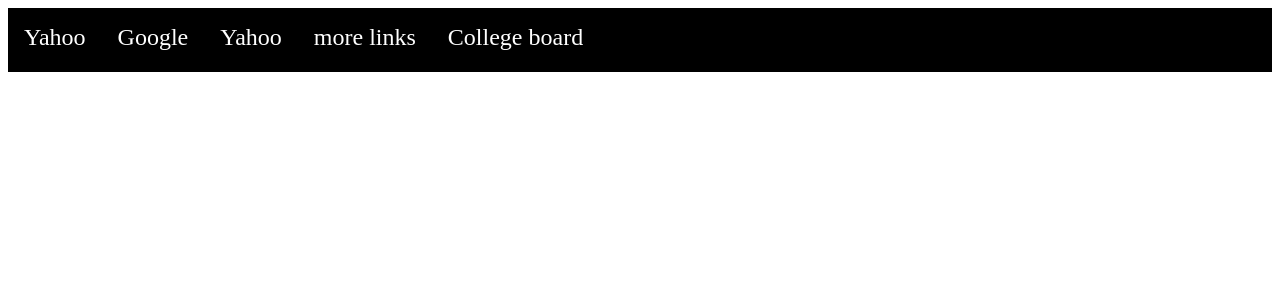
Repository: JamesConner15/JamesConner15.github.io
Page: index.html
The author's editor kept a record of every edit. The page is drawn from the files as they stood at one moment, then again after the next edit.
The browser window is 1280 px wide. The pictures show the whole page.

Above is the page before.

### index.html
<!DOCTYPE html>
<html>
<head>
<title>Page Title</title>
<style>
    .navbar{
      background-color:black;

      width:100%;
   height:64px;
    }

   .navbar a,.morelinks{
    color:white;
    font-size:24px;
    text-decoration:none;
    padding:16px;
    float:left;
    }

    .navbar a:hover,.morelinks:hover{
        background-color:blue;
    }
    .morelinks:hover .dropdown-content{
        display:block;
    }

    .dropdown-content{
    position:absolute;
    z-index:1;
    display:none;
    }

</style>
</head>
<body>

<div class="navbar">
    <a href="https://www.yahoo.com">Yahoo</a>
        <a href="https://www.google.com">Google</a>
        <a href="https://www.yahoo.com">Yahoo</a>
            <div class="dropdown">
            <div class="morelinks">more links</div>
            <div class="dropdown-content">
        <a href="https://wwww.awseducate.com">Aws educate</a>
</div>
        <a href="https://wwww.collegeboard.org">College board</a>
</div>
</body>
</html>
</div>

After the next edit:
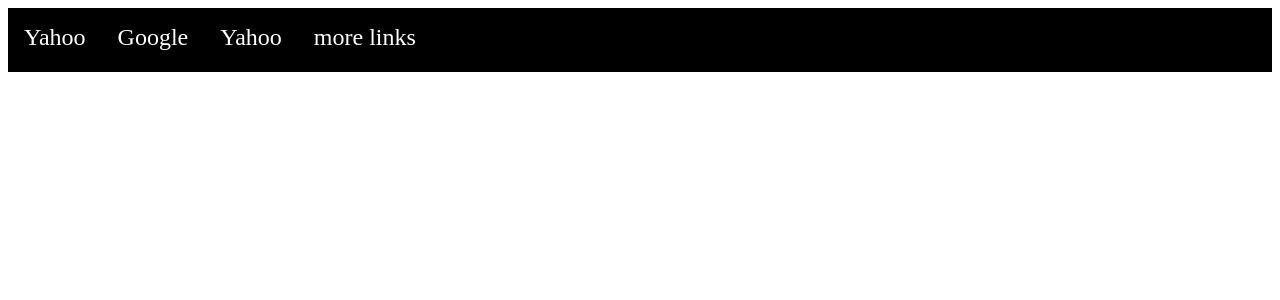
The edit:
--- a/index.html
+++ b/index.html
@@ -43,8 +43,8 @@
             <div class="morelinks">more links</div>
             <div class="dropdown-content">
         <a href="https://wwww.awseducate.com">Aws educate</a>
+        <a href="https://wwww.collegeboard.org">College board</a>
 </div>
-        <a href="https://wwww.collegeboard.org">College board</a>
 </div>
 </body>
 </html>
